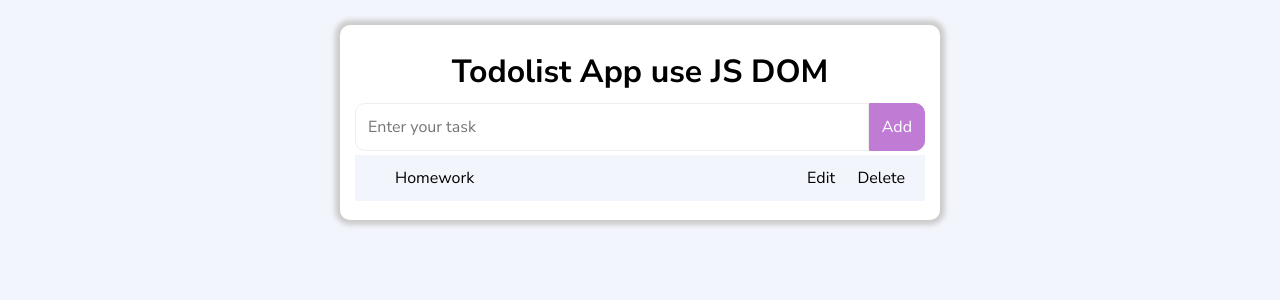
Repository: anhquan74-dev/todolist_app
Page: index.html
An editor plug-in stored every save of this project. The page is shown before and after the next save, followed by the edit.
The browser window is 1280 px wide. The pictures show the whole page.
Some web libraries are served in a nearby version.

Above is the page before, as saved 2022-07-21 16:27:52.

### index.html
<!DOCTYPE html>
<html lang="en">
  <head>
    <meta charset="UTF-8" />
    <meta http-equiv="X-UA-Compatible" content="IE=edge" />
    <meta name="viewport" content="width=device-width, initial-scale=1.0" />
    <title>TodoList Web Application</title>
    <link rel="stylesheet" href="style.css" />
    <link
      rel="stylesheet"
      href="https://cdnjs.cloudflare.com/ajax/libs/font-awesome/6.1.1/css/all.min.css"
      integrity="sha512-KfkfwYDsLkIlwQp6LFnl8zNdLGxu9YAA1QvwINks4PhcElQSvqcyVLLD9aMhXd13uQjoXtEKNosOWaZqXgel0g=="
      crossorigin="anonymous"
      referrerpolicy="no-referrer"
    />
  </head>
  <body>
    <div class="todo-app">
      <h1>Todolist App use JS DOM</h1>
      <div class="form-control">
        <input id="input-text" type="text" placeholder="Enter your task" />
        <button class="add-btn">Add</button>
      </div>
      <ul id="list-item">
        <li class="item">
          Homework
          <a class="edit-btn">Edit</a>
          <a class="delete-btn">Delete</a>
        </li>
      </ul>
    </div>
    <script src="main.js"></script>
  </body>
</html>

### style.css
@import url('https://fonts.googleapis.com/css2?family=Nunito+Sans:ital,wght@0,300;0,400;0,600;0,700;0,800;0,900;1,300;1,400;1,600;1,700;1,800;1,900&display=swap');

*, *::after, *::before {
    margin: 0;
    padding: 0;
    box-sizing: border-box;
}
button, input,
body {
    font-family: 'Nunito Sans', sans-serif;
    background-color: #f3f5fc;
}

input {
    background-color: white;
}

.todo-app {
    background-color: white;
    max-width: 600px;
    margin: 25px auto;
    border-radius: 10px;
    padding: 15px;
    box-shadow: 0px 0px 5px 5px #ccc;
}

h1 {
    text-align: center;
    margin: 10px;
}

.form-control {
    display: flex;
    align-items: center;
}

#input-text {
    font-size: 16px;
    padding: 12px;
    width: 100%;
    outline: none;
    border: 1px solid #eee;
    border-radius: 10px 0px 0px 10px;
}

.add-btn {
    font-size: 16px;
    padding: 12px;
    outline: none;
    border: 1px solid #c07cd4;
    border-radius: 0px 10px 10px 0px;
    cursor: pointer;
    background-color: #c07cd4;
    color: white;
}

.add-btn:hover {
    background-color: #a13bc0;
    border: 1px solid #a13bc0;
}

.list-item {
    list-style-type:none;
    margin-top: 20px;
}

.item {
    padding: 12px 12px 12px 40px;
    background-color: #f3f5fc;
    margin:4px 0;
    position: relative;
    overflow: hidden;
    cursor: pointer;
}

.edit-btn {
    position: absolute;
    top: 50%;
    transform: translateY(-50%);
    right: 90px;
}

.delete-btn {
    position: absolute;
    top: 50%;
    transform: translateY(-50%);
    right: 20px;
}

.item:hover  span{
    opacity: 1;
    transform: translateX(-100%);
}

.item span:hover {
    background-color: rgba(216, 29, 29, 0.795);
}

li.checked {
    background-color: #d2d9f0;
    text-decoration: line-through;
}

ul li.checked::before {
    content: '';
    position: absolute;
    border-color: black;
    border-style: solid;
    border-width: 0 2px 2px 0;
    top: 12px;
    left: 20px;
    transform: rotate(45deg);
    height: 15px;
    width: 7px;
  }

### main.js
var list = document.querySelector("ul");
list.addEventListener("click", function (ev) {
  if (ev.target.nodeName === "LI") {
    ev.target.classList.toggle("checked");
  }
});

var close = document.getElementsByClassName("close-btn");
var i;
for (i = 0; i < close.length; i++) {
  close[i].onclick = function () {
    var div = this.parentElement;
    div.style.display = "none";
  };
}
//
function newElement() {
  var li = document.createElement("li");
  var inputValue = document.getElementById("input-text").value;
  var t = document.createTextNode(inputValue);
  li.appendChild(t);
  li.className = "item";
  if (inputValue === "") {
    alert("You must write something!");
  } else {
    document.getElementById("list-item").appendChild(li);
  }
  document.getElementById("input-text").value = "";

  var span = document.createElement("SPAN");
  span.className = "close-btn";
  span.innerHTML = '<i class="fa-solid fa-trash-can">';
  li.appendChild(span);

  for (i = 0; i < close.length; i++) {
    close[i].onclick = function () {
      var div = this.parentElement;
      div.style.display = "none";
    };
  }
}

After the next save:
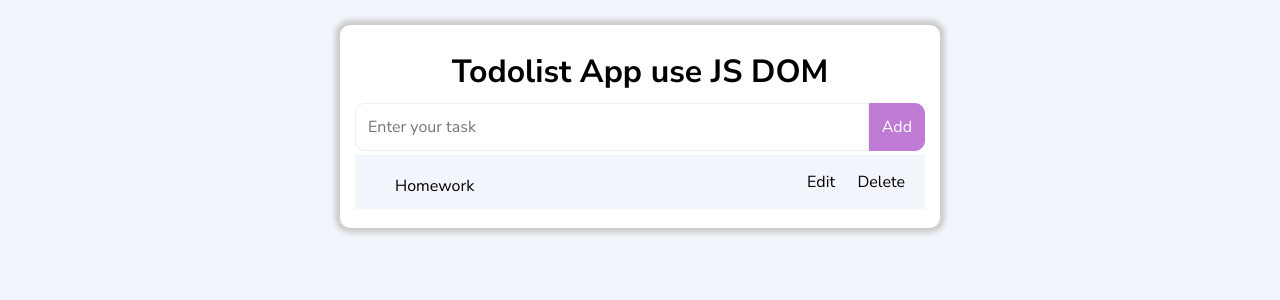
Saved 74 s later.
--- a/style.css
+++ b/style.css
@@ -65,7 +65,7 @@ h1 {
 }
 
 .item {
-    padding: 12px 12px 12px 40px;
+    padding: 20px 12px 12px 40px;
     background-color: #f3f5fc;
     margin:4px 0;
     position: relative;
